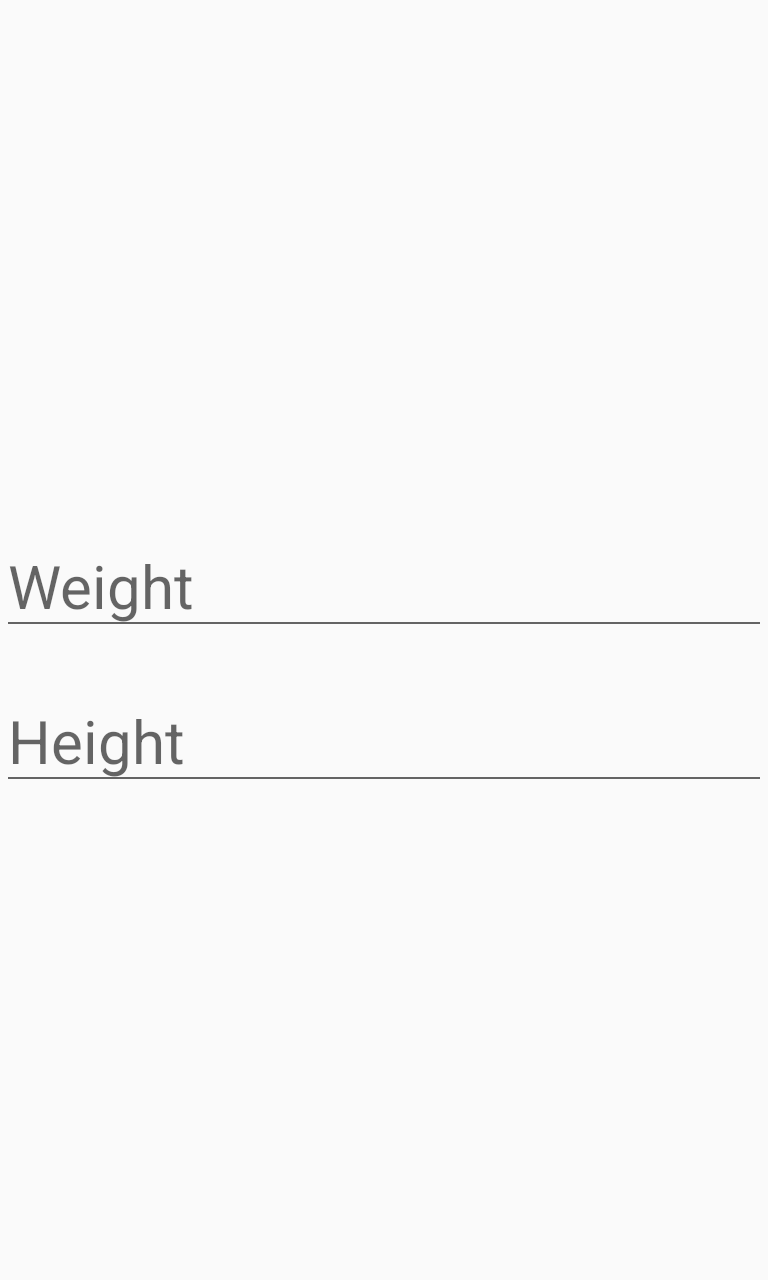
Repository: achavez812/GuatemalaProject2
Layout: GuateMedic-master/GuateMedic/res/layout/fragment_add_new_child_visit1.xml
An editor plug-in stored every save of this project. The layout is shown before and after the next save, followed by the edit.
It is drawn on a 768 x 1280 px phone screen (xhdpi) without system bars, with theme AppTheme; the app's code is not run.

Above is the layout before, as saved 2014-06-30 19:44:50.

### GuateMedic-master/GuateMedic/res/layout/fragment_add_new_child_visit1.xml
<?xml version="1.0" encoding="utf-8"?>
<LinearLayout xmlns:android="http://schemas.android.com/apk/res/android"
    android:layout_width="match_parent"
    android:layout_height="match_parent"
    android:gravity="center"
    android:orientation="vertical" >

	<EditText
	    android:id="@+id/child_visit1_weight_field"
	    android:textSize="30sp"
	    android:layout_width="match_parent"
	    android:layout_height="wrap_content"
	    android:layout_marginTop="20dp"
	    android:hint="Weight" />

	<EditText
	    android:id="@+id/child_visit1_height_field"
	    android:textSize="30sp"
	    android:layout_width="match_parent"
	    android:layout_height="wrap_content"
	    android:layout_marginTop="20dp"
	    android:hint="Height" />


</LinearLayout>

### GuateMedic-master/GuateMedic/res/values/styles.xml
<resources xmlns:android="http://schemas.android.com/apk/res/android">

    <!--
        Base application theme, dependent on API level. This theme is replaced
        by AppBaseTheme from res/values-vXX/styles.xml on newer devices.
    -->

    <!-- Application theme. -->
    <style name="AppTheme" parent="@style/Theme.AppCompat.Light.DarkActionBar">
        <!-- All customizations that are NOT specific to a particular API-level can go here. -->
    	<item name="android:typeface">sans</item>
        <item name="actionBarStyle">@style/MyActionBar</item>
    	<item name="android:actionBarStyle">@style/MyActionBar</item>
    	<item name="android:actionOverflowButtonStyle">@style/OverFlow</item>
    	<item name="android:popupMenuStyle">@style/MyPopupMenu</item>
    	<item name="popupMenuStyle">@style/MyPopupMenu</item>
        <item name="android:panelBackground">#004d6b</item>
         <item name="android:itemTextAppearance">@style/myCustomMenuTextApearance</item>

    </style>
       <style name="myCustomMenuTextApearance" parent="@android:style/TextAppearance.Widget.IconMenu.Item">
        <item name="android:textColor">#FFFFFF</item>
        <item name="android:textSize">20sp</item>

    </style>
    <style name="MyActionBar" parent="@style/Widget.AppCompat.Light.ActionBar.Solid.Inverse">
        <item name="android:background">#004d6b</item>
        <item name="android:titleTextStyle">@style/TitleText</item>



    </style>

    <style name ="MyPopupMenu" parent="android:Theme.Holo.Light">
        <item name="android:popupBackground">#004d6b</item>
    </style>

    <style name="OverFlow" parent="@android:style/Widget.Holo.ActionButton.Overflow">
    	<item name="android:src">@drawable/ic_action_overflow</item>
	</style>
    <style name="TitleText">
        <item name="android:textColor">#FFFFFF</item>
        <item name="android:typeface">sans</item>
        <item name="android:textSize">30sp</item>

    </style>
	<!--
	<style name="HomePage" parent="AppTheme">
	<item name="android:background"> @drawable/guatemala_home_bg </item>
	</style>
	    -->





</resources>

After the next save:
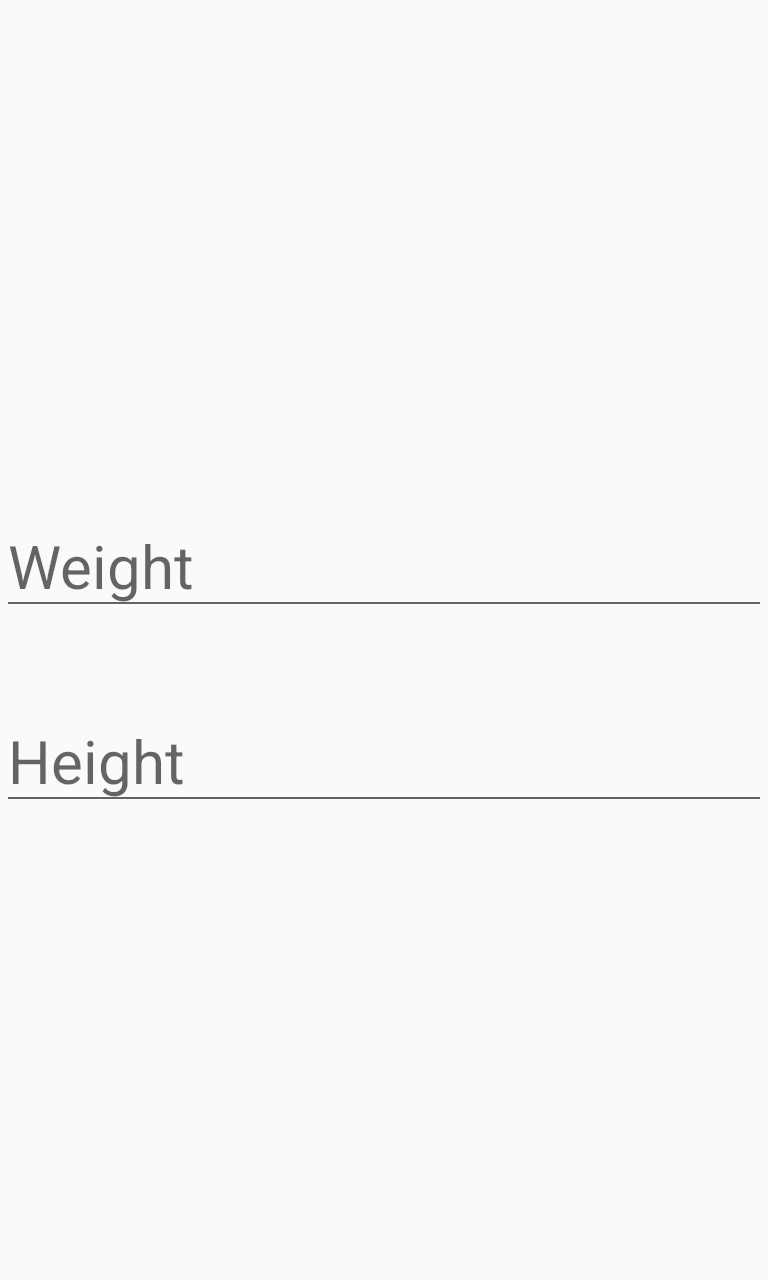
Saved 42 s later.
--- a/GuateMedic-master/GuateMedic/res/layout/fragment_add_new_child_visit1.xml
+++ b/GuateMedic-master/GuateMedic/res/layout/fragment_add_new_child_visit1.xml
@@ -11,6 +11,7 @@
 	    android:layout_width="match_parent"
 	    android:layout_height="wrap_content"
 	    android:layout_marginTop="20dp"
+	    android:layout_marginBottom="20dp"
 	    android:hint="Weight" />
 
 	<EditText
